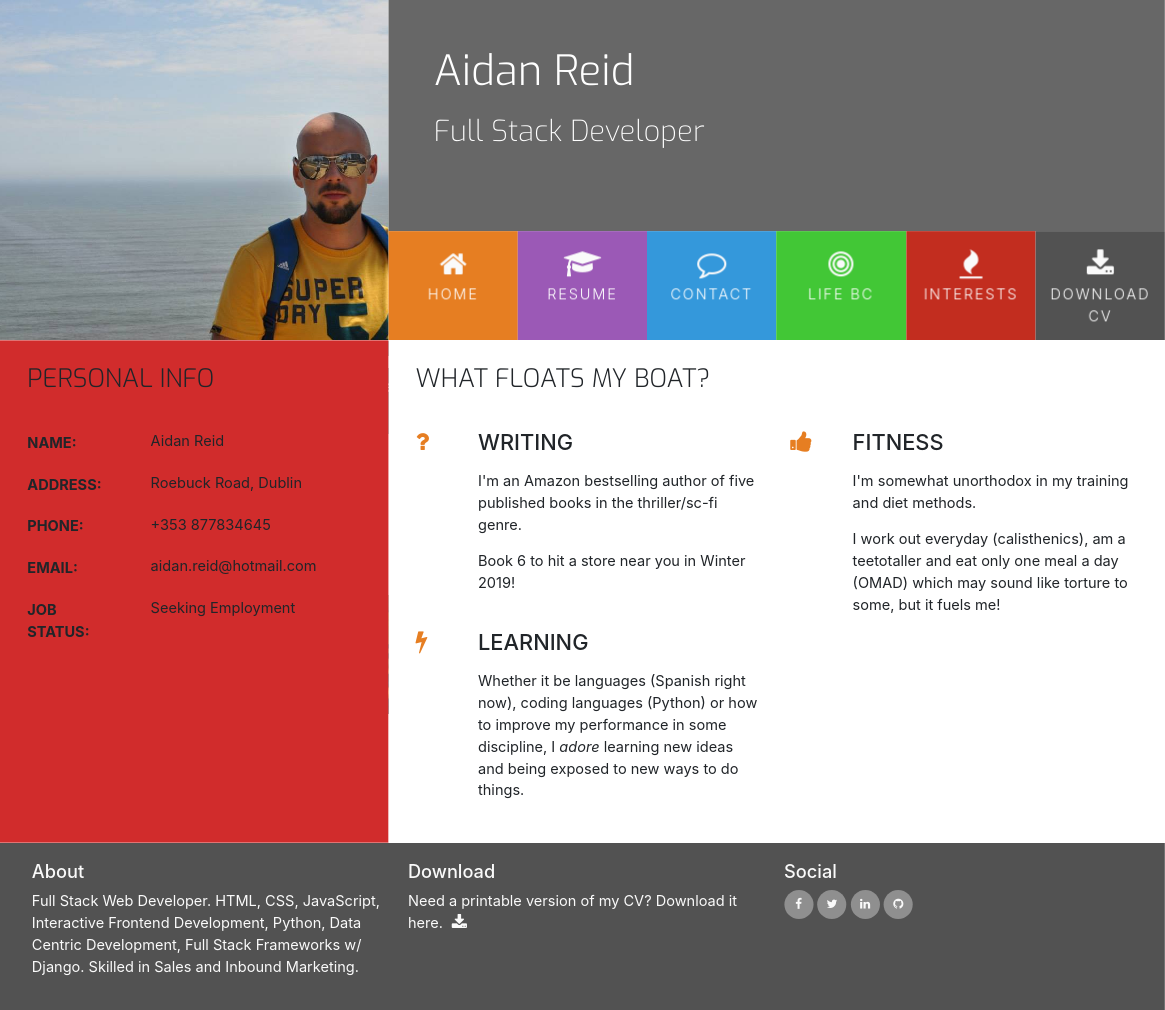
Repository: AidanJReid/Resume
Page: interests.html
The author's editor kept a record of every edit. The page is drawn from the files as they stood at one moment, then again after the next edit.
The browser window is 1280 px wide. The pictures show the whole page, at 91% of full size.

Above is the page before.

### interests.html
<!DOCTYPE html>
<html lang="en">

<head>
    <meta charset="UTF-8">
    <meta name="viewport" content="width=device-width, initial-scale=1.0">
    <meta http-equiv="X-UA-Compatible" content="ie=edge">
    <link rel="stylesheet" href="https://stackpath.bootstrapcdn.com/bootstrap/4.3.1/css/bootstrap.min.css" type="text/css" />
    <link rel="stylesheet" href="https://stackpath.bootstrapcdn.com/font-awesome/4.7.0/css/font-awesome.min.css" type="text/css" />
    <link rel="stylesheet" href="https://cdnjs.cloudflare.com/ajax/libs/hover.css/2.3.1/css/hover-min.css" type="text/css" />
    <link rel="stylesheet" href="assets/css/style.css" type="text/css" />
    <title>Aidan</title>
</head>

<body>
    <header>
        <div class="row no-gutters">
            <a href="index.html" class="col-lg-4 logo">

            </a>
            <div class="col-lg-8">
                <div class="row no-gutters bg-color-name-title">
                    <div class="col heading">
                        <h1 class="name">Aidan Reid</h1>
                        <h2 class="title">Full Stack Developer</h2>
                    </div>
                </div>
                <div class="row no-gutters">
                    <div class="col">
                        <ul id="nav" class="list-inline menucontainer">
                            <li class="col-6 col-sm-2 ui-menu-color-home list-inline-item menuitem">
                                <a href="index.html" class="hvr-sweep-to-bottom">
                                    <i class="fa fa-home" aria-hidden="true"></i>
                                    <span>Home</span>
                                </a>
                            </li>
                            <li class="col-6 col-sm-2 ui-menu-color-resume list-inline-item menuitem">
                                <a href="resume.html" class="hvr-sweep-to-bottom">
                                    <i class="fa fa-graduation-cap" aria-hidden="true"></i>
                                    <span>Resume</span>
                                </a>
                            </li>
                            <li class="col-6 col-sm-2 ui-menu-color-contact list-inline-item menuitem">
                                <a href="contact.html" class="hvr-sweep-to-bottom">
                                    <i class="fa fa-comment-o" aria-hidden="true"></i>
                                    <span>Contact</span>
                                </a>
                            </li>
                            <li class="col-6 col-sm-2 ui-menu-color-life list-inline-item menuitem">
                                <a href="life.html" class="hvr-sweep-to-bottom">
                                    <i class="fa fa-bullseye" aria-hidden="true"></i>
                                    <span>Life BC</span>
                                </a>
                            </li>
                            <li class="col-6 col-sm-2 ui-menu-color-interests list-inline-item menuitem">
                                <a href="interests.html" class="hvr-sweep-to-bottom">
                                    <i class="fa fa-fire" aria-hidden="true"></i>
                                    <span>Interests</span>
                                </a>
                            </li>
                            <li class="col-6 col-sm-2 ui-menu-color-download list-inline-item menuitem">
                                <a href="assets/CV/19AidReidCV.docx" target="_blank" class="hvr-sweep-to-bottom">
                                    <i class="fa fa-download" aria-hidden="true"></i>
                                    <span>Download CV</span>
                                </a>
                            </li>
                        </ul>
                    </div>
                </div>
            </div>
        </div>
    </header>
    <section class="container-fluid">
        <div class="row">
            <div class="col-md-4 bg-color-interests section-column">
                <div class="row">
                    <div class="col-12">
                        <h3 class="section-heading uppercase">Personal Info</h3>
                    </div>
                </div>
                <div class="personal-info-item">
                    <div class="key">
                        <p class="uppercase">
                            Name:
                        </p>
                    </div>
                    <div class="value">
                        <p>
                            Aidan Reid
                        </p>
                    </div>
                </div>
                <div class="personal-info-item">
                    <div class="key">
                        <p class="uppercase">
                            Address:
                        </p>
                    </div>
                    <div class="value">
                        <p>
                            Roebuck Road, Dublin
                        </p>
                    </div>
                </div>
                <div class="personal-info-item">
                    <div class="key">
                        <p class="uppercase">
                            Phone:
                        </p>
                    </div>
                    <div class="value">
                        <p>
                            +353 877834645
                        </p>
                    </div>
                </div>
                <div class="personal-info-item">
                    <div class="key">
                        <p class="uppercase">
                            Email:
                        </p>
                    </div>
                    <div class="value">
                        <p>
                            aidan.reid@hotmail.com
                        </p>
                    </div>
                </div>
                <div class="personal-info-item">
                    <div class="key">
                        <p class="uppercase">
                            Job Status:
                        </p>
                    </div>
                    <div class="value">
                        <p>
                            Seeking Employment
                        </p>
                    </div>
                </div>
            </div>
            <div class="col-md-8 bg-color-three-reasons section-column">
                <div class="row">
                    <div class="col">
                        <h3 class="section-heading uppercase">What floats my boat?</h3>
                    </div>
                </div>
                <div class="row">
                    <div class="col-10 offset-1 offset-sm-0 col-sm-4 col-md-6">
                        <div class="row">
                            <div class="col-2">
                                <i class="three-reasons-icon fa fa-question" aria-hidden="true"></i>
                            </div>
                            <div class="col-10">
                                <h4 class="three-reasons-heading uppercase" aria-hidden="true">Writing</h4>
                                <p>
                                    I'm an Amazon bestselling author of five published books in the thriller/sc-fi genre.
                                </p>
                                <p>Book 6 to hit a store near you in Winter 2019!</p>
                            </div>
                        </div>
                    </div>
                    <div class="col-10 offset-1 offset-sm-0 col-sm-4 col-md-6">
                        <div class="row">
                            <div class="col-2">
                                <i class="three-reasons-icon fa fa-thumbs-up" aria-hidden="true"></i>
                            </div>
                            <div class="col-10">
                                <h4 class="three-reasons-heading uppercase" aria-hidden="true">Fitness</h4>
                                <p>
                                    I'm somewhat unorthodox in my training and diet methods.</p>
                                <p> I work out everyday (calisthenics), am a teetotaller and eat only one meal a day (OMAD) which may sound like torture to some, but it fuels me!
                                </p>
                            </div>
                        </div>
                    </div>
                    <div class="col-10 offset-1 offset-sm-0 col-sm-4 col-md-6">
                        <div class="row">
                            <div class="col-2">
                                <i class="three-reasons-icon fa fa-bolt" aria-hidden="true"></i>
                            </div>
                            <div class="col-10">
                                <h4 class="three-reasons-heading uppercase" aria-hidden="true">Learning</h4>
                                <p>
                                    Whether it be languages (Spanish right now), coding languages (Python) or how to improve my performance in some discipline, I <em>adore</em> learning new ideas and being exposed to new ways to do things.
                                </p>
                            </div>
                        </div>
                    </div>
                </div>
            </div>

    </section>
    <footer class="container-fluid">
        <div id="footer-details" class="row">
            <div class="col-sm-4">
                <h5 class="uppercase-general-sub">About</h5>
                <p class="inline-block">
                    Full Stack Web Developer. HTML, CSS, JavaScript, Interactive Frontend Development, Python, Data Centric Development, Full Stack Frameworks w/ Django. Skilled in Sales and Inbound Marketing.
                </p>
            </div>
            <div class="col-sm-4">
                <h5 class="uppercase-general-sub">Download</h5>
                <p class="inline-block">
                    Need a printable version of my CV? Download it here.
                    <a href="assets/CV/19AidReidCV.docx" target="_blank" class="cv-pdf">
                        <i class="fa fa-download" aria-hidden="true"></i>
                        <span class="sr-only">Download link.</span>
                    </a>
                </p>
            </div>
            <div class="col-sm-4">
                <h5 class="uppercase-general-sub">Social</h5>
                <ul class="list-inline social-links">
                    <li class="list-inline-item">
                        <a href="https://www.facebook.com/aidanjreidauthor/" target="_blank">
                            <i class="fa fa-facebook" aria-hidden="true"></i>
                            <span class="sr-only">Facebook</span>
                        </a>
                    </li>
                    <li class="list-inline-item">
                        <a href="https://twitter.com/AidanJReid" target="_blank">
                            <i class="fa fa-twitter" aria-hidden="true"></i>
                            <span class="sr-only">Twitter</span>
                        </a>
                    </li>
                    <li class="list-inline-item">
                        <a href="https://www.linkedin.com/in/aidanreid/" target="_blank">
                            <i class="fa fa-linkedin" aria-hidden="true"></i>
                            <span class="sr-only">Linkedin</span>
                        </a>
                    </li>
                    <li class="list-inline-item">
                        <a href="https://github.com/AidanJReid" target="_blank">
                            <i class="fa fa-github" aria-hidden="true"></i>
                            <span class="sr-only">Github</span>
                        </a>
                    </li>
                </ul>
            </div>
        </div>

    </footer>

</body>

</html>

### assets/css/style.css
@import url('https://fonts.googleapis.com/css?family=Roboto:100,200,300,400,500,600,700|Exo:100,200,300,400,500,600,700');

/* -----------------------------------Colours */

.bg-color-name-title {
    background-color: #676767;
}

.bg-color-three-reasons {
    background-color: #fff;
}

.bg-color-personal-info {
    background-color: #f4f4f4;
}

.bg-color-work-history {
    background-color: #9b59b6;
}

.bg-color-contact {
    background-color: #fff;
}

.bg-color-interests {
    background-color: #d12c2c;
}

.bg-color-life {
    background-color: #42c736;
}

.ui-menu-color-home {
    background-color: #e67e22;
}

.ui-menu-color-resume {
    background-color: #9b59b6;
}

.ui-menu-color-life {
    background-color: #42c736;
}

.ui-menu-color-interests {
    background-color: #c22d1f;
}

.ui-menu-color-contact {
    background-color: #3498db;
}

.ui-menu-color-download {
    background-color: #525252;
}



/* -----------------------------------Special paddings/margins/text */

h1,
h2,
h3,
h4 {
    margin: 0;
}

.uppercase {
    text-transform: uppercase;
}

.general-sub {
    font-family: "Exo", sans-serif;
    font-weight: 300;
    color: #fafafa;
}

.inline-block {
    display: inline-block;
}

.row-table {
    display: table;
}

.section-column {
    display: table-cell;
    padding: 0 30px 30px;
    float: none;
}

.history-heading,
.section-heading {
    font-family: "Exo", sans-serif;
    font-weight: 300;
    margin-top: 25px;
    margin-bottom: 40px;
}

.section-heading-flip {
    color: #fafafa;
}

/* -----------------------------------Heading */

header {
    margin: 0;
}

.heading {
    margin-left: 50px;
}

.logo {
    background: url("../images/AJ.jpg");
    background-position: center;
    background-repeat: no-repeat;
    background-size: cover;
    min-height: 360px;
    transition: all .5s ease-in-out;
    -moz-transition: all .5s ease-in-out;
    -webkit-transition: all .5s ease-in-out;
}

.name {
    font-family: "Exo", sans-serif;
    font-weight: 300;
    font-size: 46px;
    margin-top: 50px;
    color: #fff;
}

.title {
    font-family: "Exo", sans-serif;
    font-weight: 200;
    font-size: 32px;
    margin-top: 20px;
    margin-bottom: 90px;
    color: #fff;
}


.list-inline-item:not(:last-child) {
    margin: 0;
}

.menucontainer {
    font-size: 0;
}

#nav {
    margin: 0;
}

#nav li {
    font-size: 14px;
    padding: 0;
}

.menuitem {
    height: 120px;
    text-align: center;
    padding: 0;
}

.menuitem a {
    width: 100%;
    text-decoration: none;
    color: #fff;
    height: 120px;
}

.menuitem a i {
    padding-top: 20px;
    display: block;
    color: #fafafa;
    font-size: 32px;
}

.menuitem span {
    display: block;
    width: 100%;
    padding-top: 5px;
    text-align: center;
    text-transform: uppercase;
    font-size: 16px;
    font-weight: 300;
    letter-spacing: 2px;
}

/* -----------------------------------Hover.css */

.hvr-sweep-to-bottom:before {
    background: rgba(0, 0, 0, 0.2);
    height: 120px;
}

/* -----------------------------------Footer */

footer {
    background-color: #525252;
    color: #fafafa;
    min-height: 120px;
    margin: 0;
}

.cv-pdf i {
    font-size: 18px;
    color: #fafafa;
    text-align: center;
    padding-left: 5px;
    transition: all 0.35s ease-in-out;
    -moz-transition: all 0.35s ease-in-out;
    -webkit-transition: all 0.35s ease-in-out;
    -o-transition: all 0.35s ease-in-out;
}

.cv-pdf i:hover {
    color: #e84610;
}

.social-links {
    padding-bottom: 15px;
}

.social-links li a i {
    width: 32px;
    height: 32px;
    padding: 12px 0;
    border-radius: 50%;
    font-size: 13px;
    line-height: 7px;
    text-align: center;
    color: #fafafa;
    background: #8f8f8f;
    transition: all 0.35s ease-in-out;
    -moz-transition: all 0.35s ease-in-out;
    -webkit-transition: all 0.35s ease-in-out;
    -o-transition: all 0.35s ease-in-out;
}

.social-links li a i:hover {
    background: #e84610;
}

#footer-details {
    padding: 20px;
}

/* -----------------------------------3 reasons */

.three-reasons-icon {
    font-size: 26px;
    color: #e67e22;
}

.three-reasons-heading {
    margin-bottom: 15px;
}

/* -----------------------------------Personal Info */

.personal-info-item {
    margin-bottom: 20px;
    display: block;
    clear: both;
}

.personal-info-item .key,
.personal-info-item .value {
    padding-right: 8px;
    display: inline-block;
}

.personal-info-item .key p,
.personal-info-item .value p {
    margin: 0;
}

.personal-info-item .key {
    width: 30%;
    margin-right: 21px;
    padding-top: 2px;
    vertical-align: top;
}

.personal-info-item .key p {
    font-weight: 700;
}

.personal-info-item .value {
    position: relative;
    width: 60%;
}

/* -----------------------------------Skills */

.progress {
    position: relative;
    height: 25px;
    margin-bottom: 4px;
}

.progress-type {
    position: absolute;
    left: 0px;
    font-weight: 400;
    padding: 3px 30px 2px 10px;
    color: #fafafa;
    background-color: rgba(25, 25, 25, 0.2);
}

.progress-section {
    margin: 40px 20px;
}

/* -----------------------------------Work History */

.history-heading {
    color: #fafafa;
    margin-bottom: 50px;
}

.timeline-item {
    padding: 4em 2em 0em 2em;
    position: relative;
    color: #fafafa;
    border-left: 1px solid;
}

.timeline-item p {
    padding: 0;
    margin: 0;
}

.timeline-item:before {
    content: attr(data-dates);
    position: absolute;
    left: 2.5em;
    top: 3em;
    display: block;
    font-family: "Exo", sans-serif;
    font-weight: 500;
    font-size: 0.8em;
    padding: 0;
    margin: 0;
}

.timeline-item:after {
    width: 12px;
    height: 12px;
    display: block;
    top: 2.4em;
    position: absolute;
    left: -6px;
    border-radius: 12px;
    content: '';
    background: #fafafa;
}

.history-items {
    margin-bottom: 30px;
}

/* -----------------------------------Contact Form */

.contact-heading {
    font-family: "Exo", sans-serif;
    font-weight: 300;
    margin-top: 25px;
    margin-bottom: 20px;
}

.center-form {
    padding-top: 10px;
    margin: 0 auto;
    max-width: 70%;
}

button[type="submit"] {
    margin-top: 15px;
    margin-bottom: 20px;
    color: #fafafa;
    background-color: #e84610;
}

/* -----------------------------------Media Queries */

@media(min-width: 992px) {
    .center-form {
        padding-top: 30px;
        min-height: 240px;
        margin: 0 auto;
        max-width: 50%;
    }
}

After the next edit:
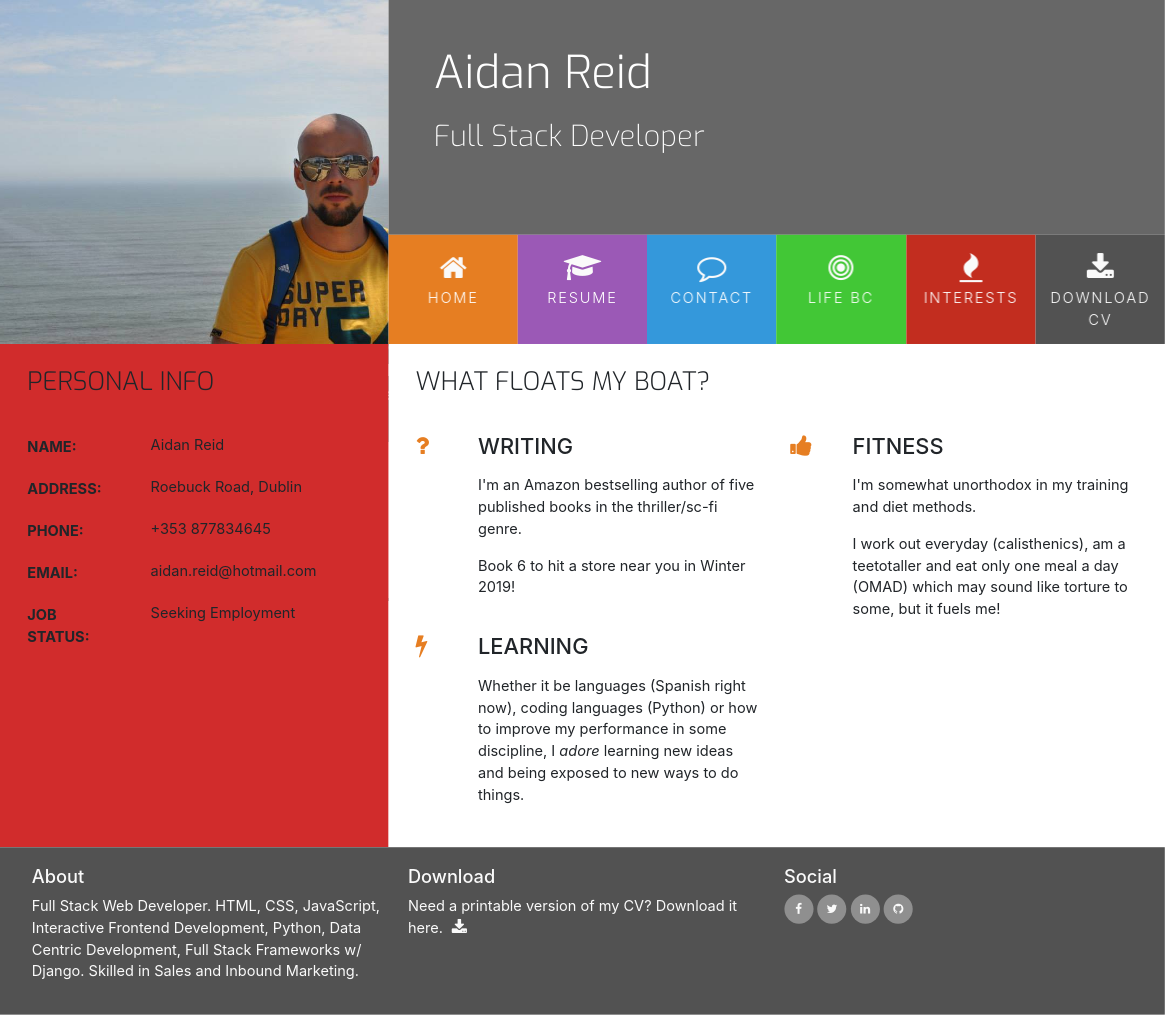
The edit:
--- a/assets/css/style.css
+++ b/assets/css/style.css
@@ -125,7 +125,7 @@
 .name {
     font-family: "Exo", sans-serif;
     font-weight: 300;
-    font-size: 46px;
+    font-size: 50px;
     margin-top: 50px;
     color: #fff;
 }
